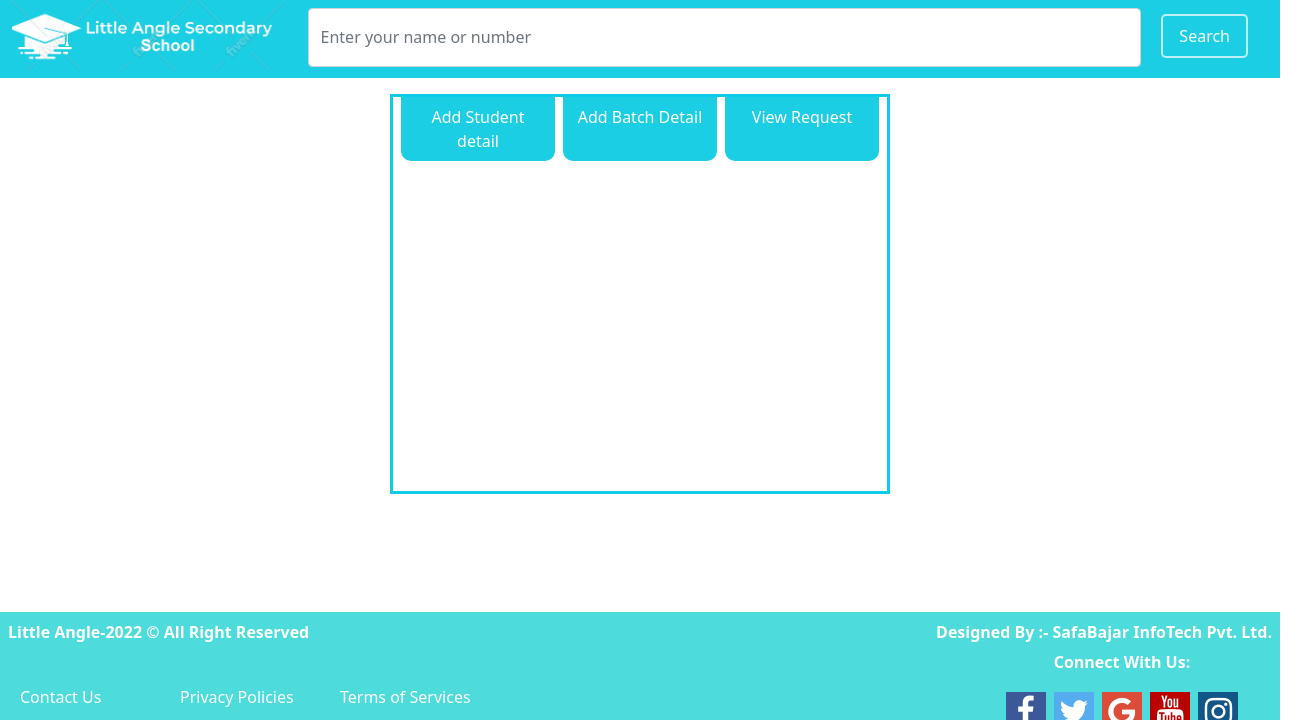
Repository: Sjuicyy/School-Project
Page: home2.html
These files come from the project's save history. The page is drawn as it stood at one moment and after a run of saves; the edit follows.
The browser window is 1280 px wide. The page is 1280 px wide, then 1304 px, so the pictures cover 1304 px, including what lies to the right of the window. The pictures show the whole page.

Above is the page before, as saved 2022-09-18 14:31:14.

### home2.html
<!doctype html>
<html lang="en">

<head>
    <!-- Required meta tags -->
    <meta charset="utf-8">
    <meta name="viewport" content="width=device-width, initial-scale=1">

    <!-- Bootstrap CSS -->
    <link href="https://cdn.jsdelivr.net/npm/bootstrap@5.0.2/dist/css/bootstrap.min.css" rel="stylesheet"
        integrity="sha384-EVSTQN3/azprG1Anm3QDgpJLIm9Nao0Yz1ztcQTwFspd3yD65VohhpuuCOmLASjC" crossorigin="anonymous">

    <link rel="stylesheet" href="https://cdnjs.cloudflare.com/ajax/libs/font-awesome/4.7.0/css/font-awesome.min.css">


    <style>
        .row0 div {
            width: auto;
            display: flex;
        }

        .img {
            height: 70px;
            width: 100%;
        }


        .btn1:hover {
            background-color: rgb(38, 178, 196);
        }


        .modalfloat {
            border: 3px solid rgb(14, 204, 233);
            margin: auto;
            width: 500px;
            min-height: 400px;
        }

        .addbtn:hover {
            background-color: rgba(20, 192, 219, 0.576);
        }
        .footer {
            background-color: rgb(77, 219, 219);
            width: 100%;
            position: absolute;
            bottom: 0;
            height: 15%;
            overflow: AUTO;
            color: rgb(255, 255, 255);
            margin-left: -12px;
        }
        .footer::-webkit-scrollbar {
            display: none;
        }


        .fb {

            width: 160px
        }

        .fa {
            font-size: xx-large;
            padding: 4px;
            margin: 2px;
            width: 40px;
            text-decoration: none;
        }

        .fa-facebook {
            background: #3B5998;
            color: white;
        }

        .fa-twitter {
            background: #55ACEE;
            color: white;
        }

        .fa-google {
            background: #dd4b39;
            color: white;
        }

        .fa-youtube {
            background: #bb0000;
            color: white;
        }

        .fa-instagram {
            background: #125688;
            color: white;
        }

        .bd {
            border: 1px solid rgb(14, 204, 233);
        }

        .color {
            background-color: rgb(28, 206, 228);
        }

        .btn1 {
            margin: 20px;
            margin-top: 14px;
            border: 2px solid rgba(255, 255, 255, 0.715);
            border-radius: 5px;
        }

        a {
            text-decoration: none;
            color: white;
        }

        a:hover {
            color: rgb(10, 15, 57);
        }

        .action_border {
            border-bottom-right-radius: 10px;
            border-bottom-left-radius: 10px;
        }
        .action_border1 {
            border-top-right-radius: 10px;
            border-top-left-radius: 10px;
        }

        [id^=modal] {
            display: none;
        }

        #modal1:target {
            display: block;
        }

        #modal2:target {
            display: block;
        }
    </style>
    <title>Little Angle School</title>
</head>

<body>
    <!-- heading start -->
    <div class="container-fluid text-center">
        <div class="row row0 color">
            <div class="col-3">
                <a href="pages.html">
                    <img class="img" src="/school.png" alt="">
                </a>
            </div>
            <div class="col">
                <input class="form-control mt-2 h-75 " type="search" placeholder="Enter your name or number "
                    aria-label="Search">
                <button class="btn1 color  text-light px-3 p-2" type="submit">Search</button>
                </form>
            </div>
        </div>

        <!-- heading end -->

        <!-- modal body start -->

        <!-- action start  -->

        <form class="modalfloat mt-3">
            <div class="row mx-1 ">
                <div class="col p-2 mx-1 text-light color action_border"><a href="#modal1">Add Student detail</a></div>
                <div class="col p-2 mx-1 text-light color action_border"><a href="#modal2">Add Batch Detail</a></div>
                <div class="col p-2 mx-1 text-light color action_border"><a href="">View Request</a></div>
            </div>




            <!-- action end  -->


            <!-- modal 1 start  -->


            <div id="modal1">
                <div class="m-3">
                    <div>
                        <p class="h2 p-1 text-light color action_border1">Add Student name</p>
                    </div>
                    <div>
                        <label for="name" class="form-label float-start">ID</label>
                        <input type="number" class="form-control" name="Id" id="id">
                    </div>
                    <div class="col-12">
                        <label for="name" class="form-label float-start">Full Name</label>
                        <input type="text" class="form-control" id="name">
                    </div>
                    <div class="col-md-12">
                        <label for="class" class="form-label float-start">Class</label>
                        <input type="number" class="form-control" id="class">
                    </div>
                    <div class="col-md-12">
                        <label for="email" class="form-label float-start">Email</label>
                        <input type="email" class="form-control" id="email">
                    </div>
                    <div class="col-12">
                        <label for="gname" class="form-label float-start">Guardian Name</label>
                        <input type="text" class="form-control" id="guardianname">
                    </div>
                    <div class="col-12">
                        <label for="address" class="form-label float-start">Address</label>
                        <input type="text" class="form-control" id="inputAddress" placeholder="Lagankhel-5, Lalitpur">
                    </div>
                    <div class="col-1 mt-4">
                        <input type="file" id="photo" name="photo" accept="image/*">
                    </div>
                    <div class="col-md-6 mt-3">
                        <label for="dob" class="form-label float-start">Date of Birth</label>
                        <input type="date" class="form-control" id="dob">
                    </div>

                    <div class="col-12">
                        <div class="form-check">
                            <button type="submit" class="btn btn-primary col-12 mt-3 color addbtn p-2">Add</button>
                        </div>
                    </div>
                </div>
            </div>




            <!-- modal 1 end  -->



            <!-- modal2 start -->


            <div id="modal2">
                <div class="m-3">

                    <div>
                        <p class="h2 p-1 text-light color action_border1">Add Batch Detail</p>

                    </div>
                    <div class="col-12 ">
                        <label for="name" class="form-label float-start">ID</label>
                        <input type="number" class="form-control" id="id" placeholder="">
                    </div>
                    <div class="col-md-12">
                        <label for="name" class="form-label float-start">Full Name</label>
                        <input type="text" class="form-control" id="name">
                    </div>
                    <div class="col-md-12">
                        <label for="email" class="form-label float-start">Email</label>
                        <input type="email" class="form-control" id="email">
                    </div>
                    <div class="col-12">
                        <label for="gname" class="form-label float-start">Passed Year</label>
                        <input type="text" class="form-control" id="guardianname">
                    </div>
                    <div class="col-12">
                        <div class="form-check">
                            <button type="submit" class="btn btn-primary col-12 mt-3 color addbtn p-2">Add</button>
                        </div>
                    </div>
                </div>
            </div>


            <!-- modal 2 end -->

        </form>






        <!-- footer start -->


        <div class="footer">
            <div class="row ">
                <div class="col mx-2 mt-2" style="text-align:left"> <b>Little Angle-2022 © All Right Reserved</b> </div>
                <div class="col mx-2 mt-2" style="text-align:right">
                    <p> <b>Designed By :- SafaBajar InfoTech Pvt. Ltd.</b> </p>
                </div>
            </div>
            <div class="row mx-2">
                <div class="col-2  fb" style="text-align:left;margin-top:25px">Contact Us</div>
                <div class="col-2  fb" style="text-align:left;margin-top:25px">Privacy Policies</div>
                <div class="col-2  fb" style="text-align:left;margin-top:25px">Terms of Services</div>
                <div class="col  fb" style="text-align:left"></div>
                <div class="col-6 fb" style="text-align:center;width:300px">
                    <p style="margin-top: -10px;"> <b>Connect With Us:</b> </p>
                    <a href="https:/.facebook.com/search/top?q=safabazar%20private%20limited" class="fa fa-facebook"
                        style="text-align:center;margin-top:-10px"></a>
                    <a href="#" class="fa fa-twitter"></a>
                    <a href="#" class="fa fa-google"></a>
                    <a href="#" class="fa fa-youtube"></a>
                    <a href="#" class="fa fa-instagram"></a>
                </div>
            </div>

        </div>

    </div>

    </div>












    <!-- Optional JavaScript; choose one of the two! -->

    <!-- Option 1: Bootstrap Bundle with Popper -->
    <script src="https://cdn.jsdelivr.net/npm/bootstrap@5.0.2/dist/js/bootstrap.bundle.min.js"
        integrity="sha384-MrcW6ZMFYlzcLA8Nl+NtUVF0sA7MsXsP1UyJoMp4YLEuNSfAP+JcXn/tWtIaxVXM"
        crossorigin="anonymous"></script>

    <!-- Option 2: Separate Popper and Bootstrap JS -->
    <!--
    <script src="https://cdn.jsdelivr.net/npm/@popperjs/core@2.9.2/dist/umd/popper.min.js" integrity="sha384-IQsoLXl5PILFhosVNubq5LC7Qb9DXgDA9i+tQ8Zj3iwWAwPtgFTxbJ8NT4GN1R8p" crossorigin="anonymous"></script>
    <script src="https://cdn.jsdelivr.net/npm/bootstrap@5.0.2/dist/js/bootstrap.min.js" integrity="sha384-cVKIPhGWiC2Al4u+LWgxfKTRIcfu0JTxR+EQDz/bgldoEyl4H0zUF0QKbrJ0EcQF" crossorigin="anonymous"></script>
    -->
</body>

</html>

After the next 4 saves:
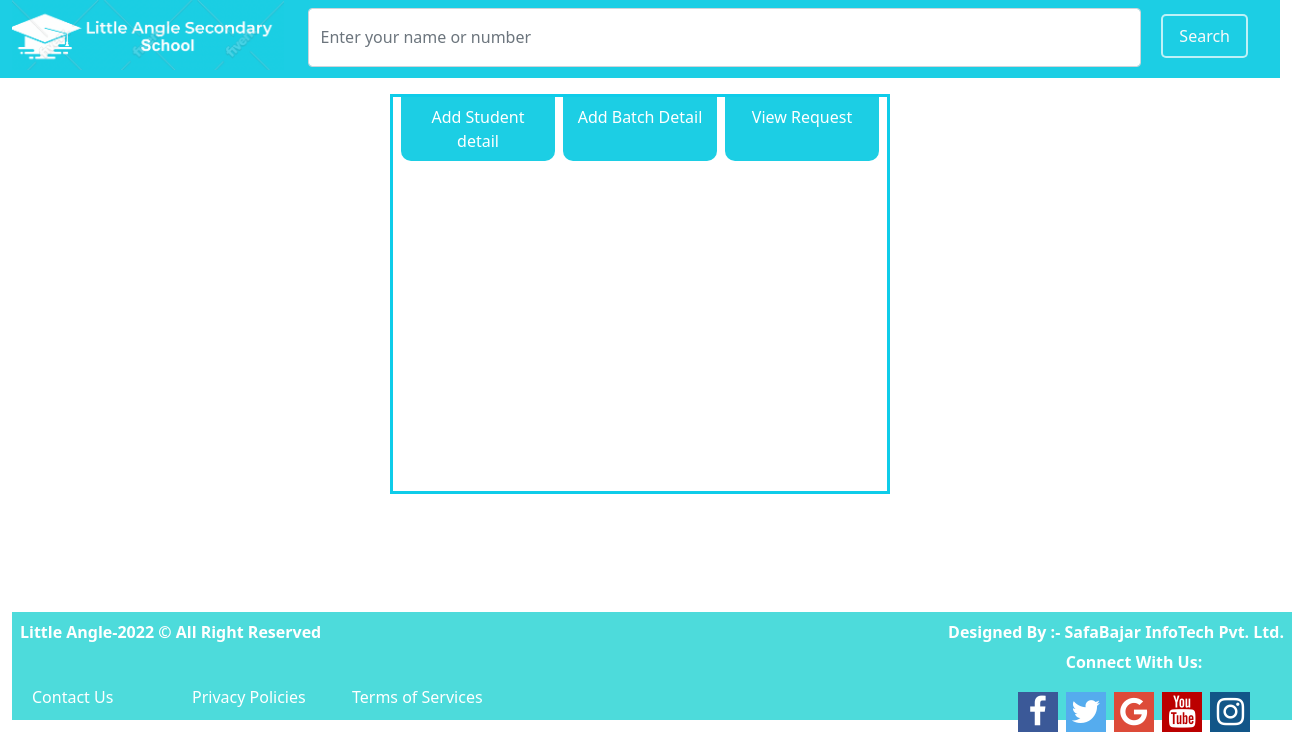
The 4 saves are shown as one change because they came seconds apart.
The last was saved 24 s later.
--- a/home2.html
+++ b/home2.html
@@ -46,9 +46,7 @@
             position: absolute;
             bottom: 0;
             height: 15%;
-            overflow: AUTO;
             color: rgb(255, 255, 255);
-            margin-left: -12px;
         }
         .footer::-webkit-scrollbar {
             display: none;
